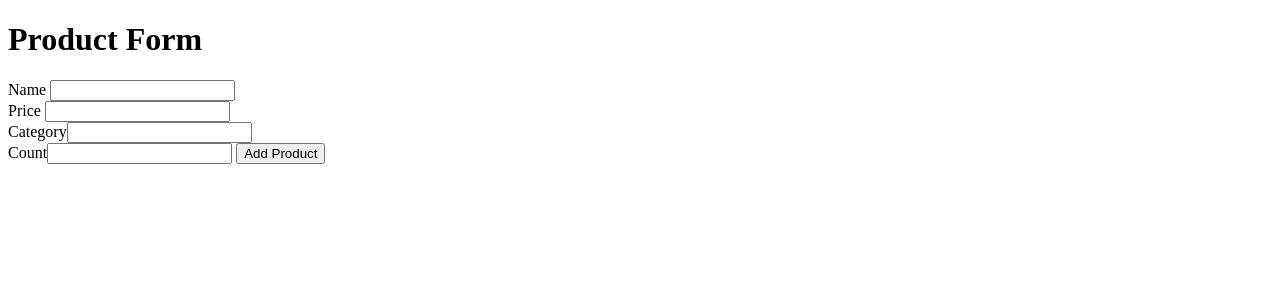
Repository: Amit-Patel/visa_frameworks
Page: productapp/src/main/webapp/form.html
These files come from the project's save history. The page is drawn as it stood at one moment and after the next save; the edit follows.
The browser window is 1280 px wide. The pictures show the whole page.

Above is the page before, as saved 2019-07-15 11:24:54.

After the next save:
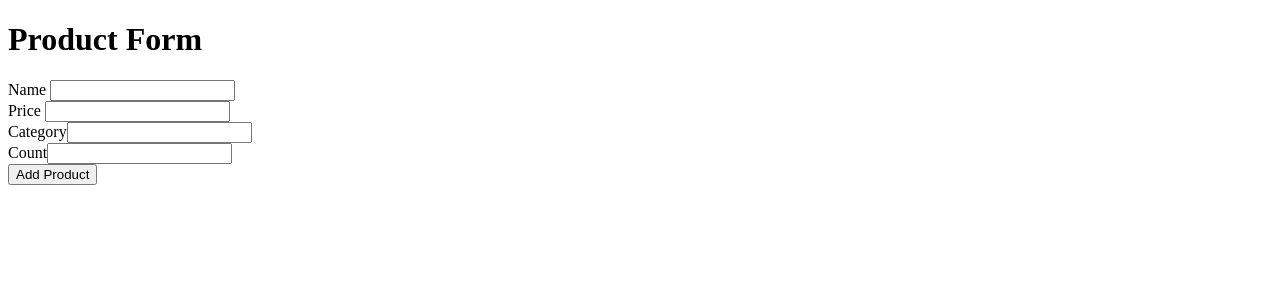
Saved 37 s later.
--- a/productapp/src/main/webapp/form.html
+++ b/productapp/src/main/webapp/form.html
@@ -10,7 +10,7 @@
 		Name <input type="text" name="name" /> <br />
 		Price <input type="number" name="price" /><br />
 		Category<input type="text" name="category" /><br />
-		Count<input type="number" name="count"<br />
+		Count<input type="number" name="count" /><br />
 		<button type="submit">Add Product</button>
 	</form>
 </body>
